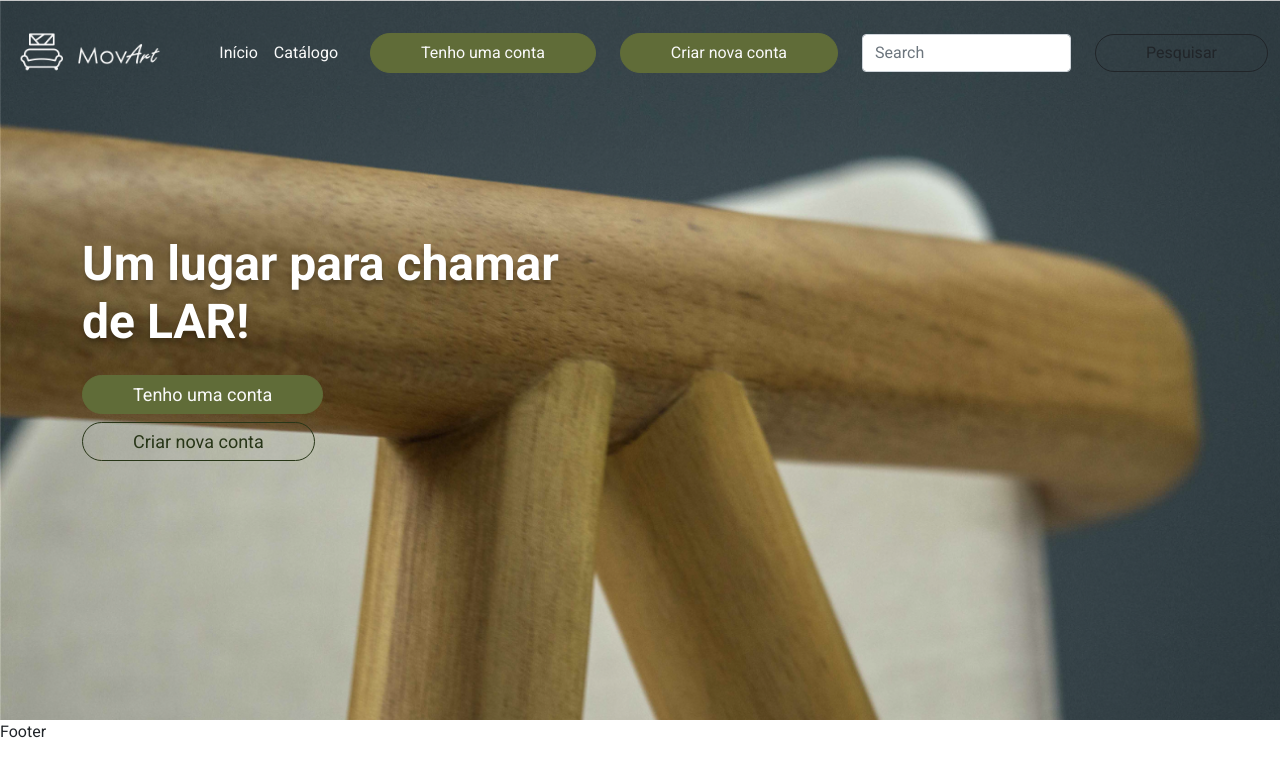
Repository: telesbp/Projeto-4-e-Projeto-5
Page: / (app in front-end/)
The author's editor kept a copy of each file at every save. The page is drawn from the files as they stood at one save, then again after the next save.
The browser window is 1280 px wide. The pictures show the whole page.
The project was rebuilt for these pictures with package versions that can differ from the ones it lists, and the page was loaded fresh each time.

Above is the page before, as saved 2022-07-17 18:26:33.

After the next save:
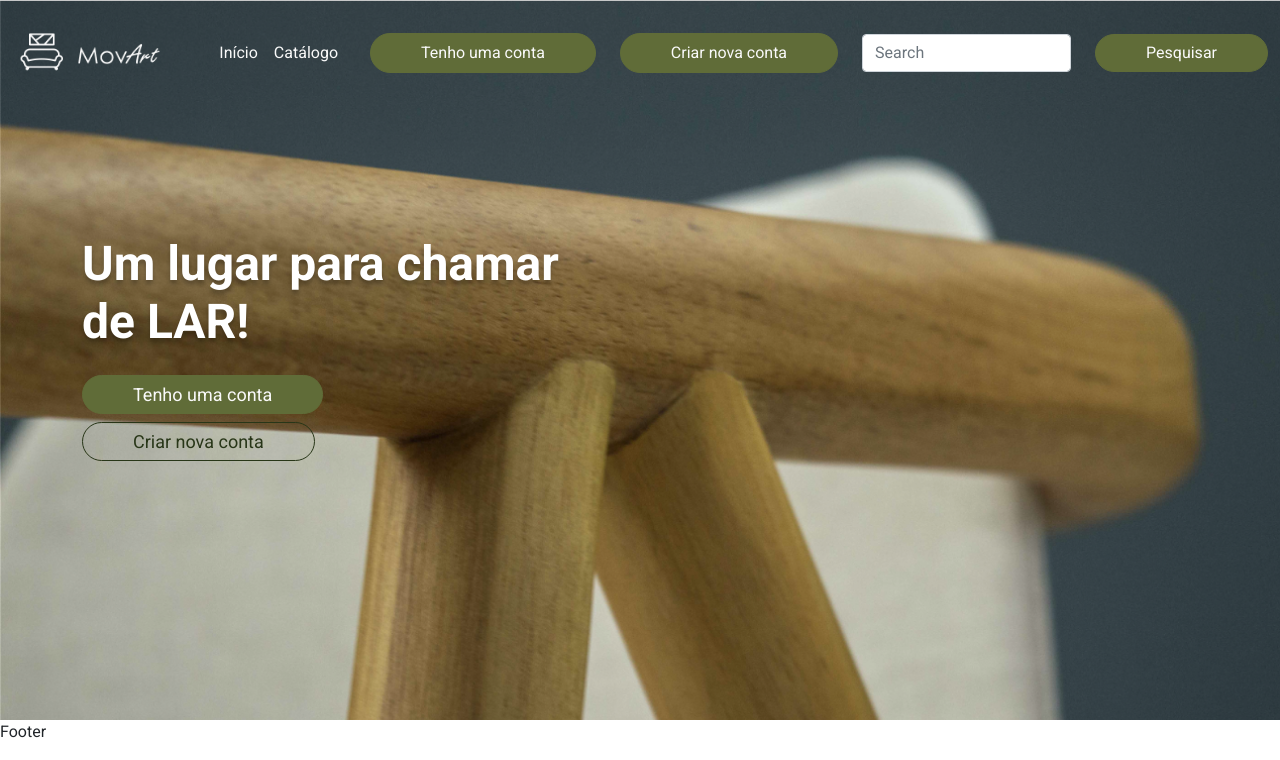
Saved 37 s later.
--- a/front-end/src/components/Layout/Header.tsx
+++ b/front-end/src/components/Layout/Header.tsx
@@ -33,7 +33,7 @@ export function Header() {
                 className="mt-2 mt-lg-0 ms-lg-4"
                 aria-label="Search"
               />
-              <CustomButton variant={isTransparent ? "outline-dark" : "outline-primary" } className="mt-2 mt-lg-0 ms-lg-4">Pesquisar</CustomButton>
+              <CustomButton variant={isTransparent ? "primary" : "outline-primary" } className="mt-2 mt-lg-0 ms-lg-4">Pesquisar</CustomButton>
             </Form>
           </NavBarCollapseStyled>
         </Container>
